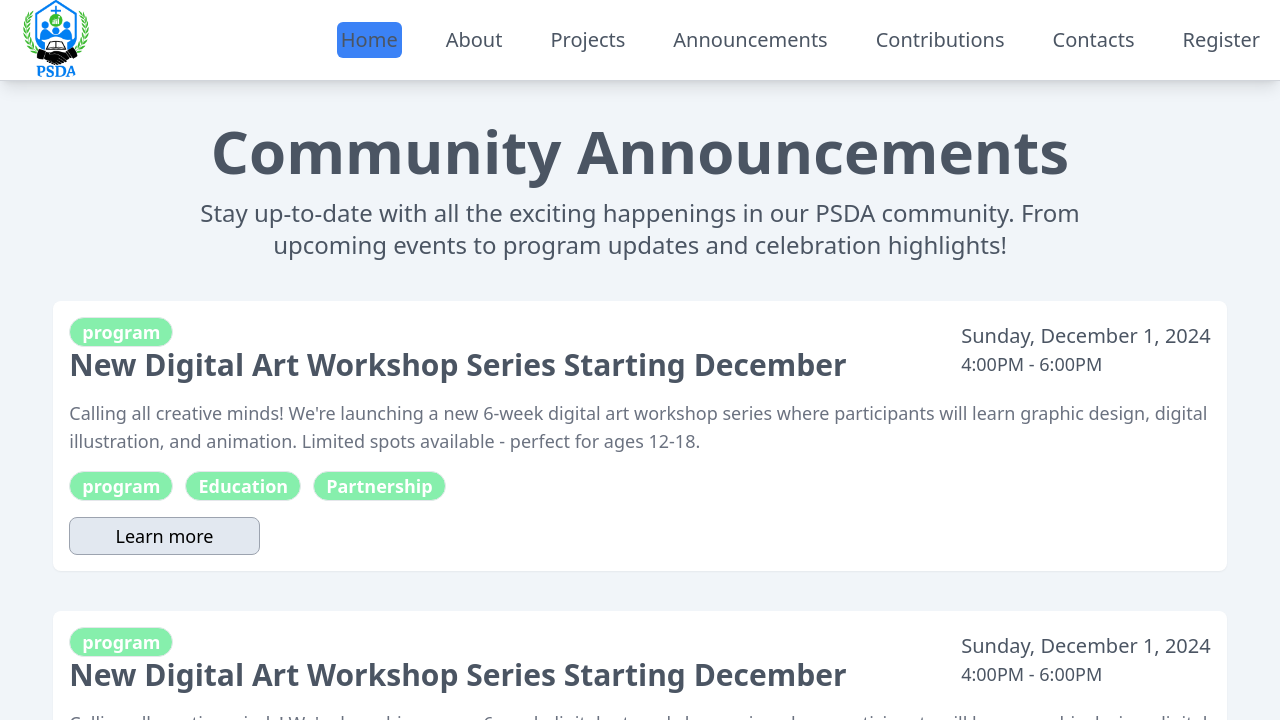
Repository: Zedestar/psda
Page: /announcements
These files come from the project's save history. The page is drawn as it stood at one moment and after the next save; the edit follows.
The browser window is 1280 px wide. The pictures show the whole page.
An inner scrolling area shows only its first screen. The project was rebuilt for these pictures with package versions that can differ from the ones it lists, and the page was loaded fresh each time. Also part of the build but not shown: src/components/cards/primary-card.jsx, src/components/cards/two-lines-card.jsx, src/components/homepic/index.jsx, src/pages/home/what-we-do.js, src/pages/home/home.jsx, src/components/cards/leaders-card.jsx, src/components/cards/secondary-card.jsx, src/pages/about/about-us-data.js and 13 more.

Above is the page before, as saved 2025-07-21 19:52:53.

After the next save:
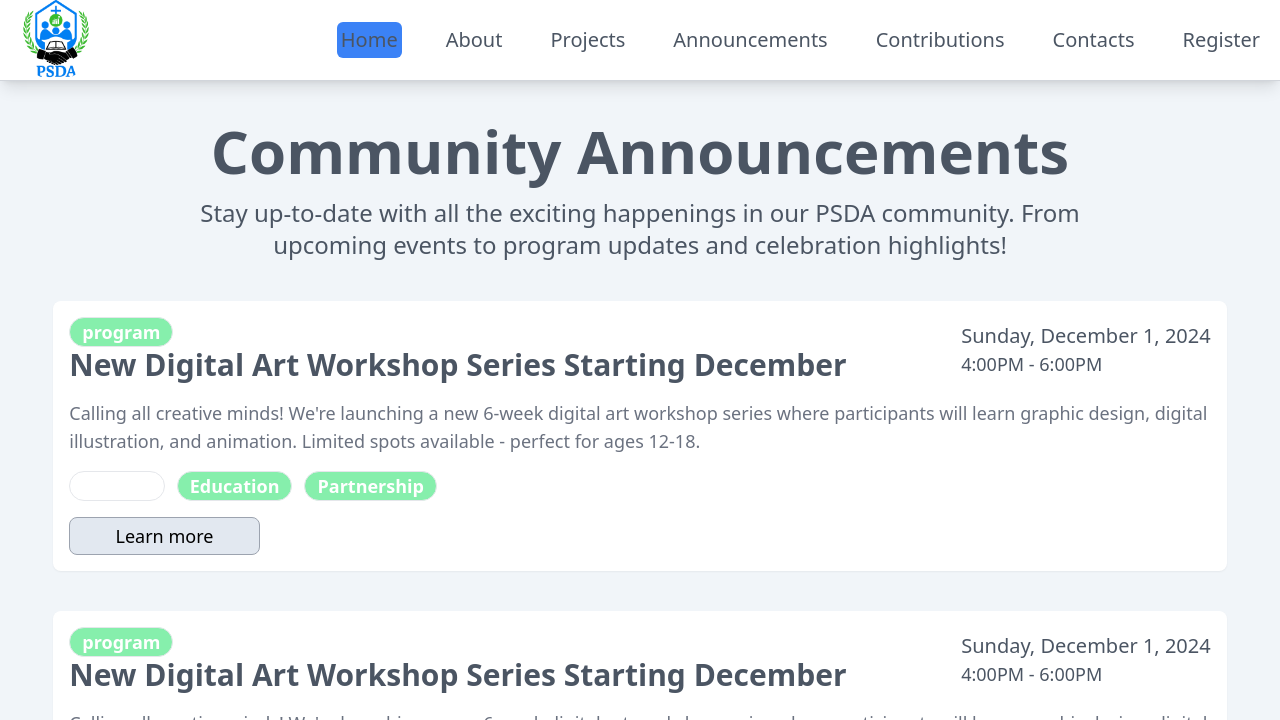
Saved 109 s later.
--- a/src/components/cards/announcement-card.jsx
+++ b/src/components/cards/announcement-card.jsx
@@ -27,7 +27,7 @@ function AnnouncementCard() {
       </div>
       <div className="flex space-x-3">
         <p
-          className={`bg-green-300 text-lg font-semibold border border-gray-200 px-3  flex items-center justify-center rounded-full text-white`}
+          className={`${colors.colors}text-lg font-semibold border border-gray-200 px-3  flex items-center justify-center rounded-full text-white`}
         >
           program
         </p>
